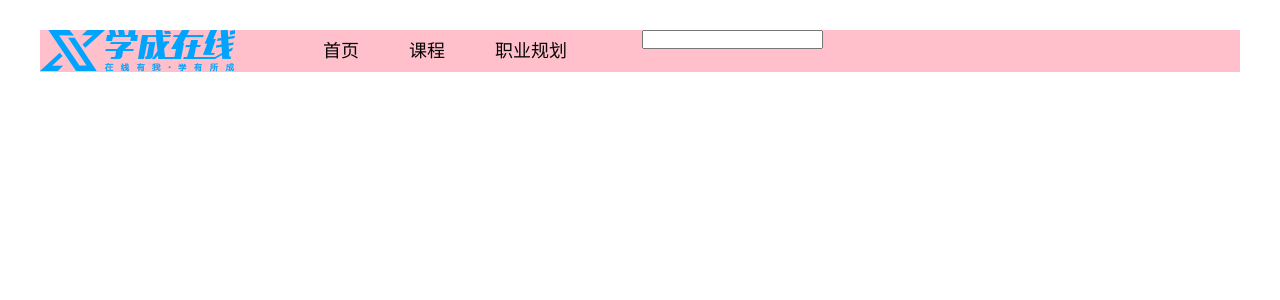
Repository: R1Deemo/Web-Project
Page: index..html
These files come from the project's save history. The page is drawn as it stood at one moment and after the next save; the edit follows.
The browser window is 1280 px wide. The pictures show the whole page.

Above is the page before, as saved 2022-03-08 21:37:16.

### index..html
<!DOCTYPE html>
<html lang="en">

<head>
    <meta charset="UTF-8">
    <meta http-equiv="X-UA-Compatible" content="IE=edge">
    <meta name="viewport" content="width=device-width, initial-scale=1.0">
    <title>测试页面</title>
    <link rel="stylesheet" href="style.css">
</head>

<body>
    <!--头部模块 -->
    <div class="header w">
        <div class="logo">
            <img src="images/学成在线.png" alt="">
        </div>
        <!-- 实际开发中要用li+a的做法做导航栏 -->
        <div class="nav">
            <ul>
                <li>
                    <a href="#">首页</a>
                </li>
                <li>
                    <a href="#">课程</a>
                </li>
                <li>
                    <a href="#">职业规划</a>
                </li>

            </ul>
        </div>
        <div class="search">
            <input type="text">
        </div>

    </div>

</body>

</html>

### style.css
* {
    margin: 0;
    padding: 0;
}

.w {
    width: 1200px;
    margin: 0 auto;
}

li {
    list-style: none;
}

a {
    text-decoration: none;
}

.header {
    height: 42px;
    background-color: pink;
    margin: 30px auto;
}

.logo {
    float: left;
    width: 198px;
    height: 42px;
}

.nav {
    float: left;
    margin-left: 60px;
}

.nav ul li {
    float: left;
    margin: 0 15px;
}

.nav ul li a {
    display: block;
    height: 42px;
    padding: 0 10px;
    line-height: 42px;
    font-size: 18px;
    color: #050505;
}

.nav ul li a:hover {
    border-bottom: 2px solid #00a4ff;
}

.search {
    float: left;
    width: 412px;
    height: 42px;
    margin-left: 50px;
}

After the next save:
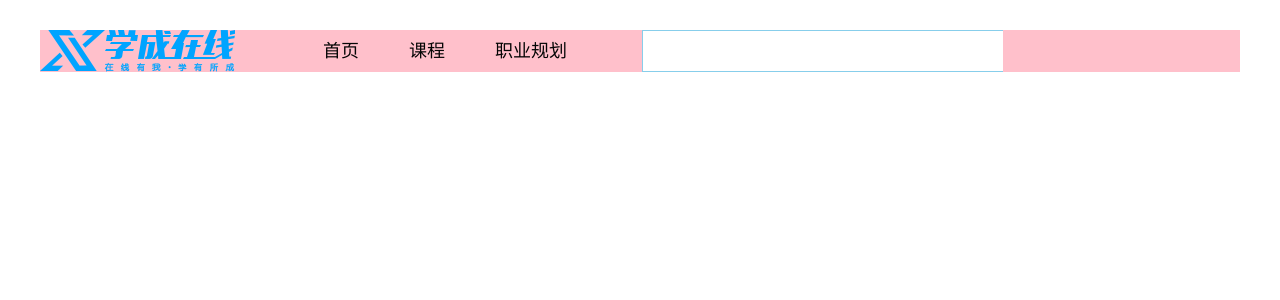
Saved 115 s later.
--- a/style.css
+++ b/style.css
@@ -57,3 +57,10 @@
     height: 42px;
     margin-left: 50px;
 }
+
+.search input {
+    width: 360px;
+    height: 40px;
+    border: 1px solid skyblue;
+    border-right: 0;
+}
